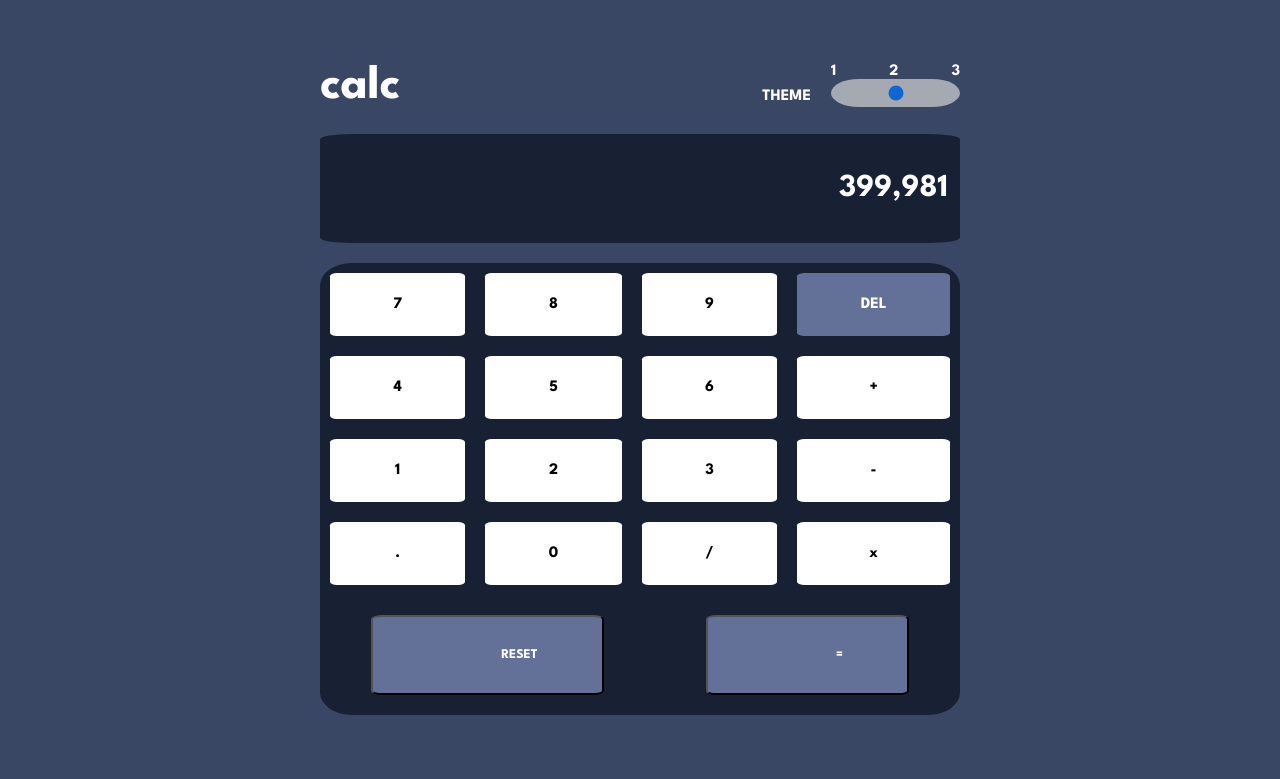
Repository: DevLaukey/calc-with-css-js
Page: index.html
The author's editor kept a copy of each file at every save. The page is drawn from the files as they stood at one save, then again after the next save.
The browser window is 1280 px wide. The pictures show the whole page.

Above is the page before, as saved 2022-05-18 14:43:49.

After the next save:
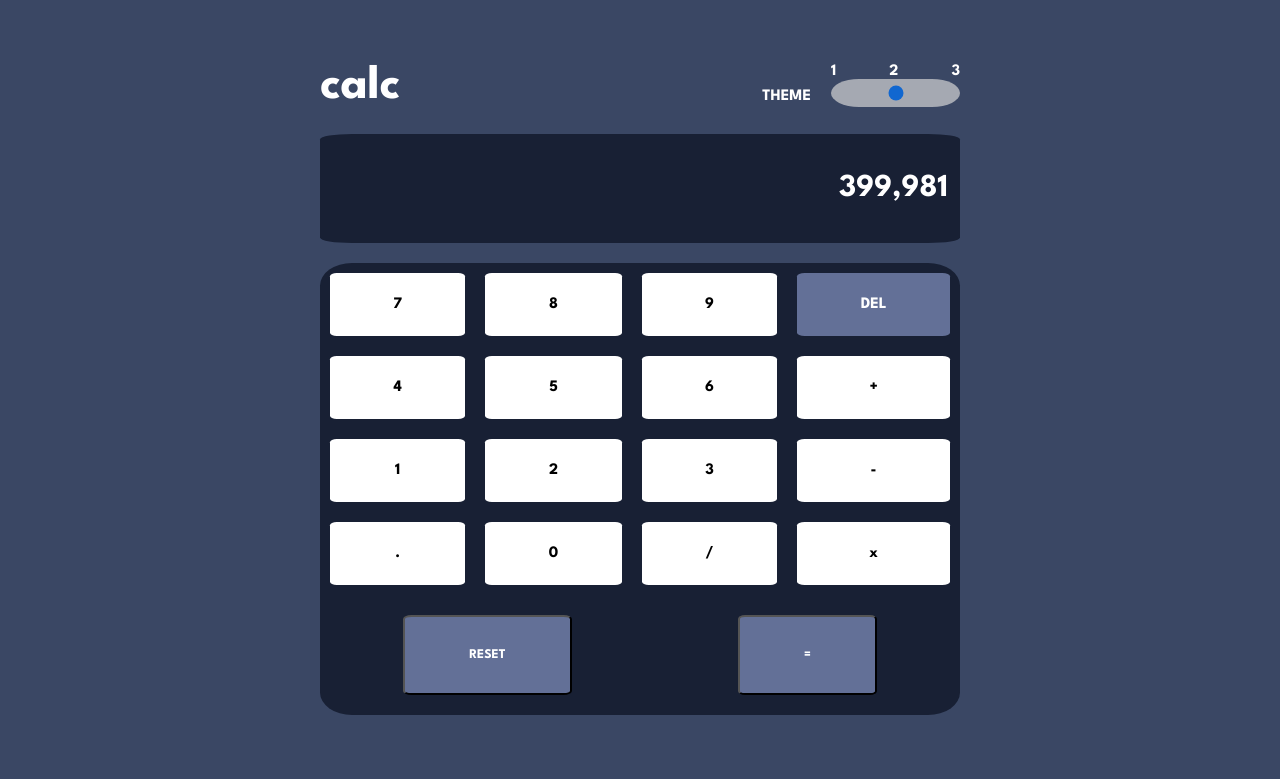
Saved 4 s later.
--- a/styles.css
+++ b/styles.css
@@ -129,7 +129,7 @@ border-radius: 50px/25px;
   margin-bottom: 20px;
 }
 .control {
-  padding: 5% 10% 5% 20%;
+  padding: 5% 10% 5% 10%;
   border-radius: 5%;
 }
 .reset {
